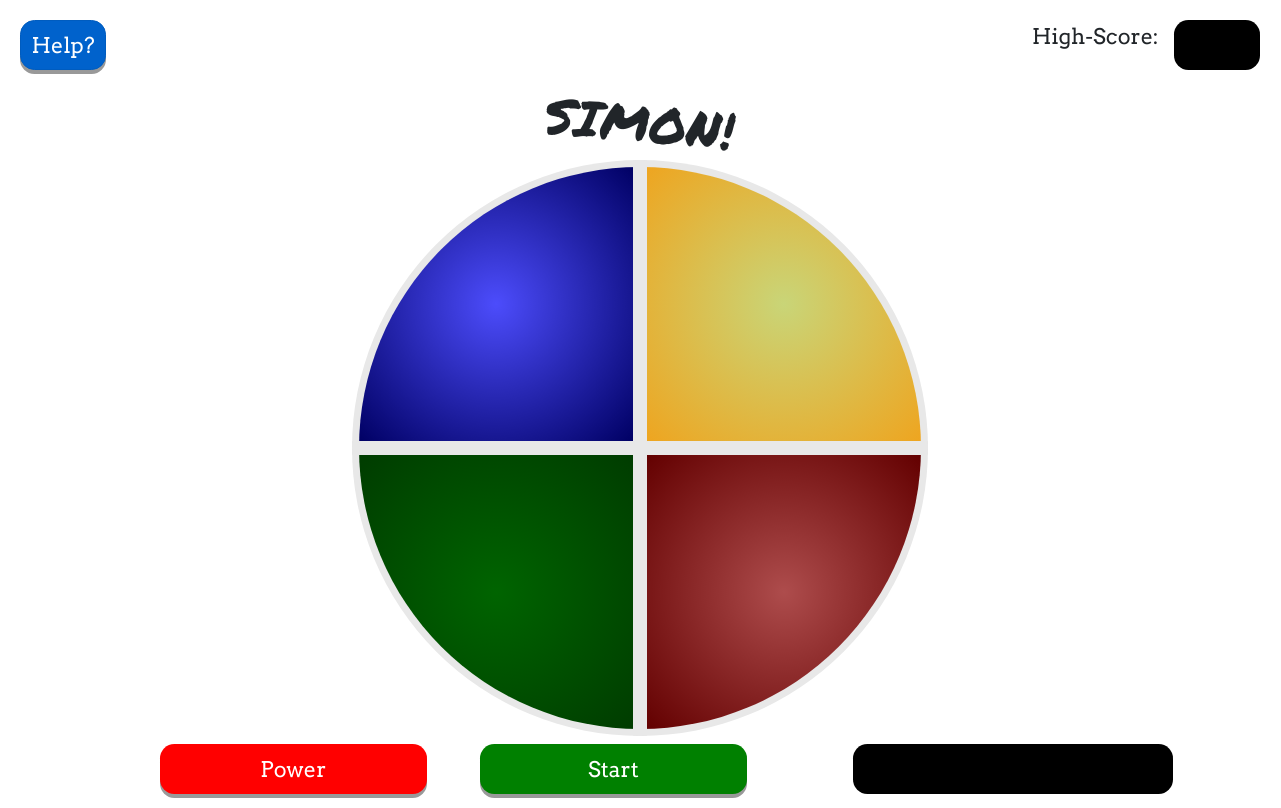
Repository: bandyp/simon
Page: index.html
The author's editor kept a record of every edit. The page is drawn from the files as they stood at one moment, then again after the next edit.
The browser window is 1280 px wide. The page is 1281 px wide, so the pictures cover 1281 px, including what lies to the right of the window. The pictures show the whole page.

Above is the page before.

### index.html
<!DOCTYPE html>
<html lang="en">

<head>
    <meta charset="UTF-8">
    <meta name="viewport" content="width=device-width, initial-scale=1, shrink-to-fit=no">
    <meta http-equiv="X-UA-Compatible" content="ie=edge">
    <link rel="stylesheet" href="https://stackpath.bootstrapcdn.com/bootstrap/4.3.1/css/bootstrap.min.css" integrity="sha384-ggOyR0iXCbMQv3Xipma34MD+dH/1fQ784/j6cY/iJTQUOhcWr7x9JvoRxT2MZw1T" crossorigin="anonymous">
    <title>Simon</title>
    <link rel="stylesheet" href="assets/css/style.css" type="text/css" />
    <link href="https://fonts.googleapis.com/css?family=Permanent+Marker&display=swap" rel="stylesheet">
    <link href='https://fonts.googleapis.com/css?family=Orbitron' rel='stylesheet' type='text/css'>
    <link href="https://fonts.googleapis.com/css?family=Arvo|Source+Sans+Pro&display=swap" rel="stylesheet">

    <audio id="soundGreen">
  	<source src="assets/sounds/simonSound1.mp3"></source>
  </audio>
    <audio id="soundBlue">
  	<source src="assets/sounds/simonSound2.mp3"></source>
  </audio>
    <audio id="soundYellow">
  	<source src="assets/sounds/simonSound3.mp3"></source>
  </audio>
    <audio id="soundRed">
  	<source src="assets/sounds/simonSound4.mp3"></source>
  </audio>
</head>

<body>
    <div class="container-fluid">
        <div class="row">
            <button type="button" class="btn btn-primary btn-lg active" id="helpButton">Help?</button>
            <div class="col float-right" id="highScore">
                High-Score:
            </div>
            <div id="highScoreBox"></div>

            <div class="alert alert-info alert-dismissible fade show" id="helpBox" role="alert">
                <h5>Follow Simon on his quest to count!</h5>
                <p>His buttons will light up as he counts from 1 to 20. Help him on his way by repeating his pattern. It starts off easy, but gets very difficult towards the end.</p>
                <hr>
                <p>Will you get the high score? Press start to find out.</p>
                <button type="button" class="close" data-dismiss="alert" aria-label="Close"><span aria-hidden="true">&times;</span></button>
            </div>
        </div>

        <div class="row">
            <div class="col mt-auto text-center" id="title">
                SIMON!
            </div>
        </div>

        <div class="row row-no-gutter">
            <div class="col-4 offset-2 colorButton blueButton ml-auto" id="blue"></div>
            <div class="col-4 colorButton yellowButton mr-auto" id="yellow"></div>
        </div>
        <div class="row row-no-gutter">
            <div class="col-4 offset-2 colorButton greenButton ml-auto" id="green"></div>
            <div class="col-4 colorButton redButton mr-auto" id="red"></div>
        </div>

        <div class="row mb-1rem">
            <div class="col-6 offset-1 mt-auto" id="buttons">
                <div class="row">
                    <button class="col-5 offset-1 power" id="power">Power</button>
                    <button class="col-5 offset-1" id="start">Start</button>
                </div>
            </div>
            <div class="col-3 mt-auto offset-1" id="count"></div>
        </div>

    </div>
    <script src="https://code.jquery.com/jquery-3.3.1.slim.min.js" integrity="sha384-q8i/X+965DzO0rT7abK41JStQIAqVgRVzpbzo5smXKp4YfRvH+8abtTE1Pi6jizo" crossorigin="anonymous"></script>
    <script src="https://cdnjs.cloudflare.com/ajax/libs/popper.js/1.14.3/umd/popper.min.js" integrity="sha384-ZMP7rVo3mIykV+2+9J3UJ46jBk0WLaUAdn689aCwoqbBJiSnjAK/l8WvCWPIPm49" crossorigin="anonymous"></script>
    <script src="https://stackpath.bootstrapcdn.com/bootstrap/4.1.3/js/bootstrap.min.js" integrity="sha384-ChfqqxuZUCnJSK3+MXmPNIyE6ZbWh2IMqE241rYiqJxyMiZ6OW/JmZQ5stwEULTy" crossorigin="anonymous"></script>
    <script src="assets/js/script.js"></script>
</body>

</html>

### assets/css/style.css
/* top of page */

#helpButton {
    margin-top: 20px;
    margin-left: 20px;
    height: 7vh;
    width: 12vh;
    padding: 0;
    border-radius: 2vh;
    font-family: 'Arvo', serif;
    font-size: 3vh;
    cursor: pointer;
}

#highScore {
    text-align: right;
    margin-top: 20px;
    font-size: 3vh;
    font-family: 'Arvo', serif;
}


#highScoreBox {
    float: right;
    background: black;
    margin-top: 20px;
    margin-right: 20px;
    height: 7vh;
    width: 12vh;
    color: red;
    font-family: 'Orbitron', sans-serif;
    font-size: 4vh;
    text-align: center;
    vertical-align: middle;
    line-height: 7vh;
    border-radius: 2vh;
}

#title {
    font-size: 7vh;
    margin-top: 3vh;
    font-family: 'Permanent Marker', cursive;
    transform: rotate(5deg);
}

/* game colored buttons */

#blue {
    margin-top: auto;
    border-radius: 100% 0% 0% 0%;
    border: solid 1vh rgb(232, 232, 232);
    background-image: radial-gradient(circle, rgba(0, 0, 250, 0.7), rgba(0, 0, 100, 1));
}

#yellow {
    margin-top: auto;
    border-radius: 0% 100% 0% 0%;
    border: solid 1vh rgb(232, 232, 232);
    background-image: radial-gradient(circle, rgba(178, 195, 62, 0.7), rgba(238, 165, 32, 1));
}

#red {
    margin-bottom: 1vh;
    border-radius: 0% 0% 100% 0%;
    border: solid 1vh rgb(232, 232, 232);
    background-image: radial-gradient(circle, rgba(139, 0, 0, 0.7), rgba(99, 0, 0, 1));
}

#green {
    margin-bottom: 1vh;
    border-radius: 0% 0% 0% 100%;
    border: solid 1vh rgb(232, 232, 232);
    background-image: radial-gradient(circle, rgba(0, 100, 0, 1), rgba(0, 60, 0, 1));
}

.colorButton {
    position: relative;
    height: 40vmin;
    max-width: 40vmin;
    cursor: pointer;
}

.bright {
    filter: brightness(150%);
}

/* bottom of page buttons */

#buttons {
    position: relative;
    z-index: 2;
    display: inline;
    font-size: 3vh;
    font-family: 'Arvo', serif;
}


button {
    display: inline-block;
    cursor: pointer;
    text-align: center;
    text-decoration: none;
    outline: none;
    color: #fff;
    background-color: #4CAF50;
    border: none;
    border-radius: 15px;
    box-shadow: 0 4px #999;
    margin-bottom: 2vh;
}

button:hover {
    background-color: #3e8e41
}

button:active {
    background-color: #3e8e41;
    box-shadow: 0 1px #666;
    transform: translateY(4px);
}

#count {
    background: black;
    display: inline-block;
    height: 7vh;
    width: 14vh;
    color: red;
    font-family: 'Orbitron', sans-serif;
    font-size: 3vh;
    text-align: center;
    vertical-align: middle;
    line-height: 7vh;
    border-radius: 2vh;
    margin-bottom: 2vh;
}

#power {
    color: white;
    background-color: red;
    border-radius: 2vh;
    width: 10vh;
    height: 7vh;
    padding: 0;
}

#start {
    color: white;
    background-color: green;
    border-radius: 2vh;
    width: 10vh;
    height: 7vh;
    padding: 0;
}

### assets/js/script.js
$(document).ready(function() {

    let sequence = [];
    let userSequence = [];
    let success;
    let turn;
    let cpuTurn;
    let playerTurn;
    let bright;
    let playSequence;
    let win;
    let highScore = 0;

    function checkHighScore() {
        if (highScore < bright) {
            highScore = bright;
            $("#highScoreBox").html(highScore - 1);
        }
    }

    // Help Alert box

    $("#helpBox").hide();
    $("#helpButton").mouseover(function() {
        $("#helpBox").show();
        $("#helpButton").mouseleave(function() {
            $("#helpBox").hide();
        });
    });

    // power on/off

    document.getElementById("power").onclick = function() { powerButton() };

    function powerButton() {
        var x = document.getElementById("power").classList.contains("change");
        if (x == false) {
            $('#power').addClass("change");
            powerOn();
        }
        else {
            $('#power').removeClass("change");
            powerOff();
        }
    }

    function powerOn() {
        playerTurn = true;
        cpuTurn = true;
        success = false;
        playerTurn = false;
        /*       sequence = [];
               userSequence = [];*/
        $("#count").html('--');
        document.getElementById("start").disabled = false;
    }

    $("#start").on("click", function() {
        $("#count").html('1');
        if (playerTurn || cpuTurn || success) {
            play();
        }
    });


    function powerOff() {
        playerTurn = false;
        cpuTurn = false;
        sequence = [];
        userSequence = [];
        $('.colorButton').removeClass('bright'),
            $("#count").html('');
        clearInterval(playSequence);
        document.getElementById("start").disabled = true;
    }

    // start play function by creating sequence of 20 from start button (from memory game, code insitute, wwschools)

    function play() {
        playSequence = 0;
        sequence = [];
        userSequence = [];
        bright = 0;
        turn = 1;
        success = true;
        win = false;
        $("#count").html('1');
        for (var i = 0; i < 20; i++) {
            sequence.push(Math.floor(Math.random() * 4) + 1);
        }

        cpuTurn = true;
        playSequence = setInterval(makeBright, 1000);
    }

    // function which allows cpu to select color and sound

    function makeBright() {
        playerTurn = false;
        if (bright == turn) {
            clearInterval(playSequence);
            cpuTurn = false;
            playerTurn = true;
        }

        if (cpuTurn) {
            document.getElementById("start").disabled = true;
            $('.colorButton').removeClass('bright');
            setTimeout(function() {
                if (sequence[bright] == 1) {
                    $('#soundGreen')[0].play();
                    $('#green').addClass('bright'),
                        setTimeout(function() {
                            $('#green').removeClass('bright');
                        }, 1500);
                }
                if (sequence[bright] == 2) {
                    $('#soundBlue')[0].play();
                    $('#blue').addClass('bright'),
                        setTimeout(function() {
                            $('#blue').removeClass('bright');
                        }, 1500);
                }
                if (sequence[bright] == 3) {
                    $('#soundYellow')[0].play();
                    $('#yellow').addClass('bright'),
                        setTimeout(function() {
                            $('#yellow').removeClass('bright');
                        }, 1500);
                }
                if (sequence[bright] == 4) {
                    $('#soundRed')[0].play();
                    $('#red').addClass('bright'),
                        setTimeout(function() {
                            $('#red').removeClass('bright');
                        }, 1500);
                }
                bright++;
            }, 200);
        }
    }

    // user clicking lights (from code insitute module)

    $("#green").on("mousedown touchstart", function(e) {
        e.preventDefault();
        if (playerTurn) {
            $(this).addClass('bright'); // changes to light green
            $('#soundGreen')[0].play();
            userSequence.push(1);
            $("#green").on("mouseup touchend", function(e) {
                e.preventDefault();
                $(this).removeClass('bright'); //changes back
                compareArrays();

            });
        }
    });

    $("#blue").on("mousedown touchstart", function(e) {
        e.preventDefault();
        if (playerTurn) {
            userSequence.push(2);
            $('#soundBlue')[0].play();
            $(this).addClass('bright'); // changes to light blue
            $("#blue").on("mouseup touchend", function(e) {
                e.preventDefault();
                $(this).removeClass('bright'); //changes
                compareArrays();
            });
        }
    });

    $("#yellow").on("mousedown touchstart", function(e) {
        e.preventDefault();
        if (playerTurn) {
            userSequence.push(3);
            $('#soundYellow')[0].play();

            $(this).addClass('bright'); // changes to light yellow
            $("#yellow").on("mouseup touchend", function(e) {
                e.preventDefault();
                $(this).removeClass('bright'); //changes back
                compareArrays();
            });
        }
    });

    $("#red").on("mousedown touchstart", function(e) {
        e.preventDefault();
        if (playerTurn) {
            userSequence.push(4);
            $('#soundRed')[0].play();

            $(this).addClass('bright'); // changes to light red
            $("#red").on("mouseup touchend", function(e) {
                e.preventDefault();
                $(this).removeClass('bright'); //changes back
                compareArrays();
            });
        }
    });

    // checks that user has clicked the correct color in the sequence


    function compareArrays() {

        if (userSequence[userSequence.length - 1] !== sequence[userSequence.length - 1]) success = false;
        if (userSequence.length == 20 && success == true) {
            checkHighScore();
            winner();
        }
        if (success == false) {
            checkHighScore();
            sequence = [];
            end();
        }

        if (turn == userSequence.length && success && !win) {
            turn++;
            userSequence = [];
            cpuTurn = true;
            bright = 0;
            $("#count").html(turn);
            playSequence = setInterval(makeBright, 1000);
        }

    }

    // wine, lose, high score and restart functiond

    function end() {

        $(".colorButton").addClass('bright');
        $("#count").html('LOSE');
        playerTurn = false;
        win = false;
        setTimeout(restart, 3000);
    }

    function restart() {
        powerOn();
        sequence = [];
        $("#count").html('--');
        playerTurn = false;
        $(".colorButton").removeClass('bright');
    }

    function winner() {
        $(".colorButton").addClass('bright');
        $("#count").html('WIN!');
        checkHighScore();
        win = true;
        setTimeout(restart, 3000);
    }




});

After the next edit:
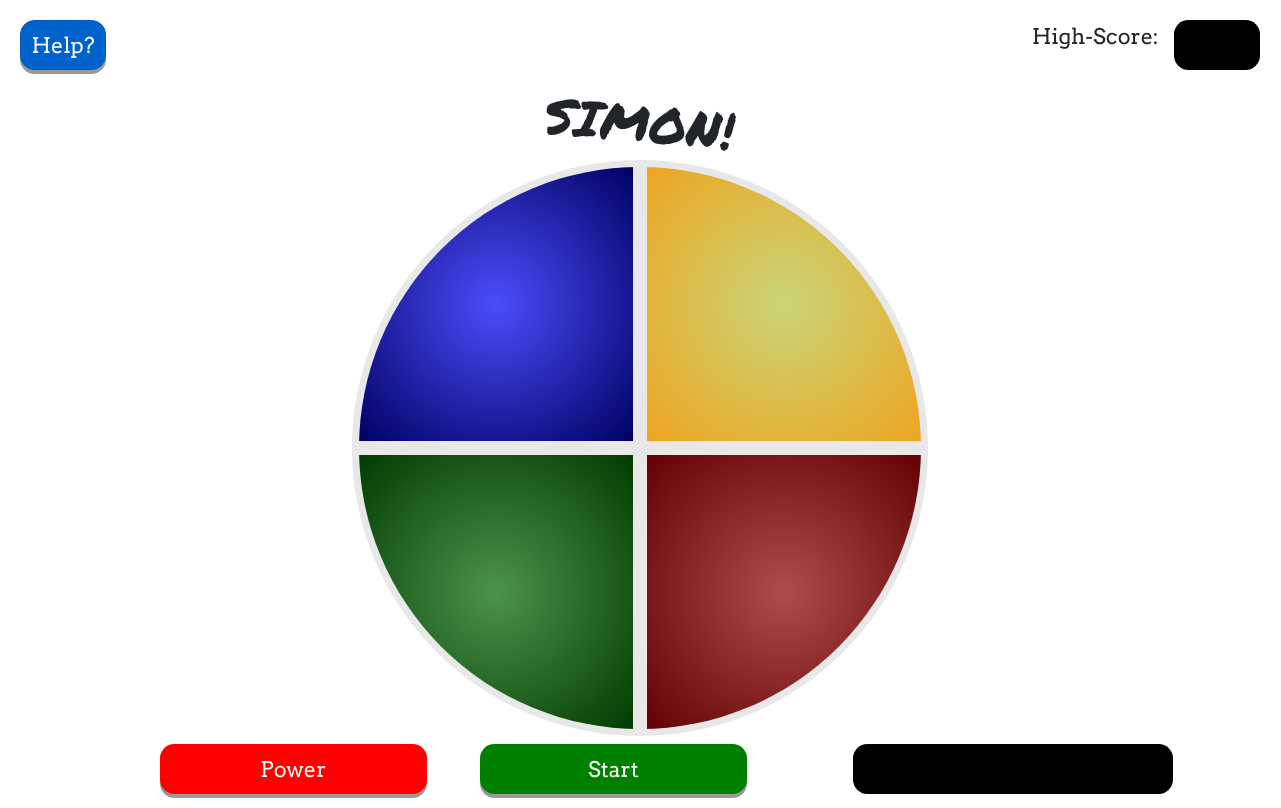
The edit:
--- a/assets/css/style.css
+++ b/assets/css/style.css
@@ -70,7 +70,7 @@
     margin-bottom: 1vh;
     border-radius: 0% 0% 0% 100%;
     border: solid 1vh rgb(232, 232, 232);
-    background-image: radial-gradient(circle, rgba(0, 100, 0, 1), rgba(0, 60, 0, 1));
+    background-image: radial-gradient(circle, rgba(0, 100, 0, 0.7), rgba(0, 60, 0, 1));
 }
 
 .colorButton {
